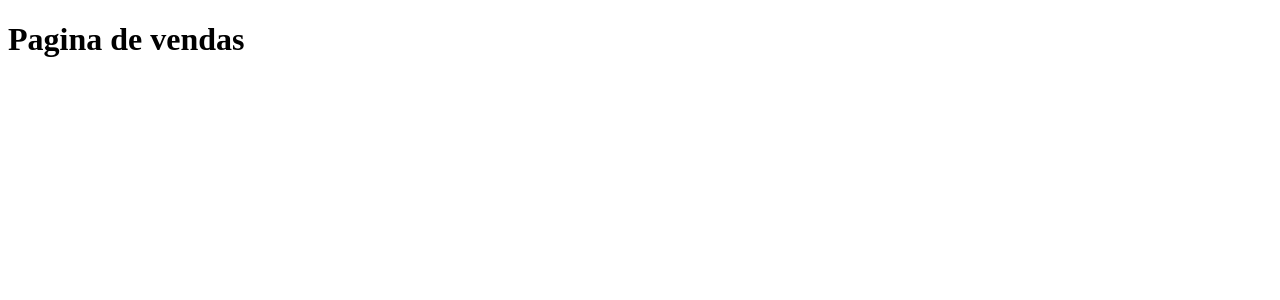
Repository: Rodrigo285/site-de-vendas
Page: vendas.html
An editor plug-in stored every save of this project. The page is shown before and after the next save, followed by the edit.
The browser window is 1280 px wide. The pictures show the whole page.

Above is the page before, as saved 2024-09-20 23:06:14.

After the next save:
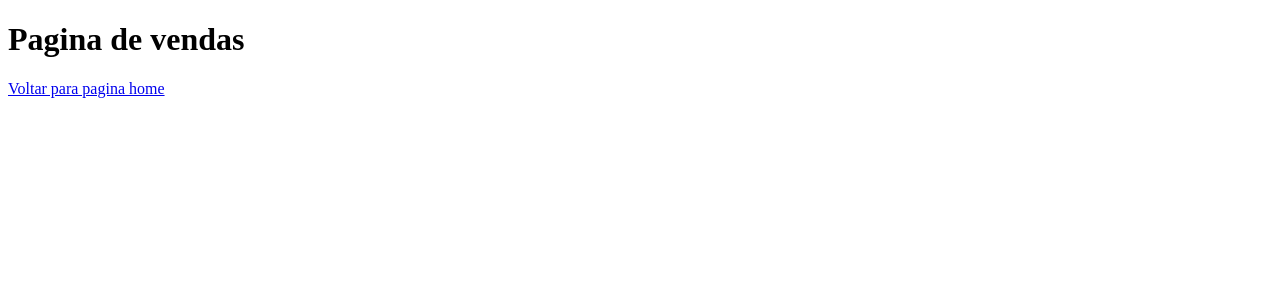
Saved 22 s later.
--- a/vendas.html
+++ b/vendas.html
@@ -7,6 +7,6 @@
 </head>
 <body>
     <h1>Pagina de vendas</h1>
-    <a href="index.html"></a>
+    <a href="index.html">Voltar para pagina home</a>
 </body>
 </html>
